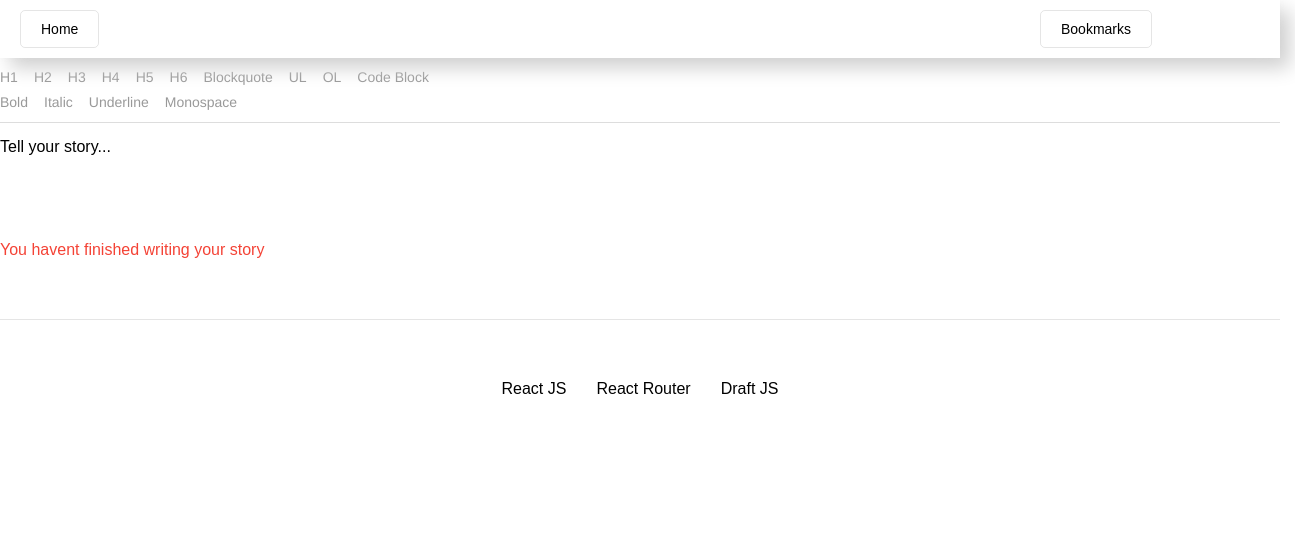
Repository: DevLaukey/task
Page: /react-mini-blog/new
The author's editor kept a copy of each file at every save. The page is drawn from the files as they stood at one save, then again after the next save.
The browser window is 1280 px wide. The page is 1295 px wide, then 1280 px, so the pictures cover 1295 px, including what lies to the right of the window. The pictures show the whole page.
The project was rebuilt for these pictures with package versions that can differ from the ones it lists, and the page was loaded fresh each time. Also part of the build but not shown: src/data.js, src/helper.js, src/Components/content/content.css, src/Components/content/Bookmarks.js, src/Components/content/Post.js, src/Components/content/Posts.js, src/Components/content/Content.js, src/Components/content/Bookmark.js and 1 more.

Above is the page before, as saved 2022-06-13 14:42:09.

### public/index.html
<!DOCTYPE html>
<html lang="en">
  <head>
    <meta charset="utf-8">
    <meta name="viewport" content="width=device-width, initial-scale=1, shrink-to-fit=no">
    <meta name="theme-color" content="#000000">
    <!--
      manifest.json provides metadata used when your web app is added to the
      homescreen on Android. See https://developers.google.com/web/fundamentals/engage-and-retain/web-app-manifest/
    -->
    <link rel="manifest" href="%PUBLIC_URL%/manifest.json">
    <link rel="shortcut icon" href="%PUBLIC_URL%/favicon.ico">
    <!--
      Notice the use of %PUBLIC_URL% in the tags above.
      It will be replaced with the URL of the `public` folder during the build.
      Only files inside the `public` folder can be referenced from the HTML.

      Unlike "/favicon.ico" or "favicon.ico", "%PUBLIC_URL%/favicon.ico" will
      work correctly both with client-side routing and a non-root public URL.
      Learn how to configure a non-root public URL by running `npm run build`.
    -->
    <title>React Mini Blog - By Zonayed Ahmed</title>
  </head>
  <body>
    <noscript>
      You need to enable JavaScript to run this app.
    </noscript>
    <div id="root"></div>
    <!--
      This HTML file is a template.
      If you open it directly in the browser, you will see an empty page.

      You can add webfonts, meta tags, or analytics to this file.
      The build step will place the bundled scripts into the <body> tag.

      To begin the development, run `npm start` or `yarn start`.
      To create a production bundle, use `npm run build` or `yarn build`.
    -->
  </body>
</html>

### src/App.js
import React, { Component } from "react";
import { BrowserRouter as Router, Route } from "react-router-dom";
import "./App.css";
import data from "./data";
import Footer from "./Components/footer/Footer";
import Header from "./Components/header/Header";
import Content from "./Components/content/Content";
import Bookmark from "./Components/content/Bookmark";
import NewStory from "./Components/posts/NewStory";
import SinglePost from "./Components/posts/SinglePost";

export default class App extends Component {
  constructor(props) {
    super(props);
    this.state = {
      posts: data,
    };

    this.handleBookmark = this.handleBookmark.bind(this);
    this.handleRemoveBookmark = this.handleRemoveBookmark.bind(this);
    this.handleSubmission = this.handleSubmission.bind(this);
    this.handleRemove = this.handleRemove.bind(this);
  }

  handleBookmark(data) {
    let posts = this.state.posts;
    posts = posts.map((post) =>
      post === data
        ? { id: post.id, title: post.title, body: post.body, bookmark: true }
        : post
    );
    this.setState({ posts });
  }

  handleRemoveBookmark(data) {
    let posts = this.state.posts;
    posts = posts.map((post) =>
      post === data
        ? { id: post.id, title: post.title, body: post.body, bookmark: false }
        : post
    );
    this.setState({ posts });
  }

  handleSubmission(data) {
    let posts = this.state.posts;
    posts = [data, ...posts];
    this.setState({ posts });
  }

  handleRemove(post, history) {
    let posts = this.state.posts;
    posts = posts.filter((onepost) => onepost !== post);
    this.setState({ posts });
    history.push("/");
    this.handleWindow();
  }

  handleWindow() {
    window.scrollTo(0, 0);
  }

  render() {
    return (
      <Router basename="/react-mini-blog">
        <div className="App">
          <Route path="*" render={(props) => <Header {...props} />} />
          <Route
            exact
            path="/"
            render={() => (
              <Content
                posts={this.state.posts}
                bookmarks={this.state.posts.filter((post) => post.bookmark)}
                handleBookmark={this.handleBookmark}
                handleRemoveBookmark={this.handleRemoveBookmark}
              />
            )}
          />
          <Route
            exact
            path="/new"
            render={() => <NewStory handleSubmission={this.handleSubmission} />}
          />
          <Route
            exact
            path="/bookmark"
            render={() => (
              <Bookmark
                bookmarks={this.state.posts.filter((post) => post.bookmark)}
              />
            )}
          />
          <Route
            exact
            path="/post/:id"
            render={(props) => (
              <SinglePost
                {...props}
                posts={this.state.posts}
                handleBookmark={this.handleBookmark}
                handleRemoveBookmark={this.handleRemoveBookmark}
                handleRemove={this.handleRemove}
                handleWindow={this.handleWindow()}
              />
            )}
          />
          <Footer />
        </div>
      </Router>
    );
  }
}

### src/App.css
* {
  box-sizing: border-box;
  margin: 0;
  padding: 0;
}

.App {
  width: 100vw;
}

.btn {
  background: #fff;
  border: solid 1px rgba(0, 0, 0, 0.1);
  padding: 10px 20px;
  font-size: 14px;
  border-radius: 5px;
  margin: 10px;
}

a.btn {
  text-decoration: none;
  color: #000;
}

.btn:hover {
  cursor: pointer;
  border-color: #000;
}

### src/Components/footer/Footer.js
import React from 'react';
import "./footer.css"
export default () => {
  return (
    <footer>
      <div className="footer">
        <ul>
          <li>React JS</li>
          <li>React Router</li>
          <li>Draft JS</li>
        </ul>
      </div>
    </footer>
  )
}

### src/Components/header/Header.js
import React from "react";
import { Link } from "react-router-dom";
import "./header.css";

export default ({ match: { url } }) => {
  return (
    <header>
      <nav className="navbar">
        <div className="header__newStory">
          {url === "/" ? (
            <Link to="/new" className="btn btn-new">
              New Story
            </Link>
          ) : (
            <Link to="/" className="btn btn-new">
              Home
            </Link>
          )}
        </div>
        <div className="header__bookmarks">
          <Link to="/bookmark" className="btn btn-bookmarks">
            Bookmarks
          </Link>
        </div>
      </nav>
    </header>
  );
};

### src/Components/posts/NewStory.js
import React, { Component } from "react";
import uuidv1 from "uuid/v1";
import { Editor, EditorState, RichUtils, getDefaultKeyBinding } from "draft-js";
import { stateToHTML } from "draft-js-export-html";
import BlockStyleControls from "../RichText/BlockStyleControls";
import InlineStyleControls from "../RichText/InlineStyleControls";
import "./posts.css";
import "../../RichText.css";

export default class NewStory extends Component {
  constructor(props) {
    super(props);
    this.state = {
      editorState: EditorState.createEmpty(),
      title: "",
      body: "",
      done: "no",
    };

    this.focus = () => this.refs.editor.focus();
    this.onChange = this.onChange.bind(this);
    this.handleKeyCommand = this._handleKeyCommand.bind(this);
    this.mapKeyToEditorCommand = this._mapKeyToEditorCommand.bind(this);
    this.toggleBlockType = this._toggleBlockType.bind(this);
    this.toggleInlineStyle = this._toggleInlineStyle.bind(this);
    this.handleSubmit = this.handleSubmit.bind(this);
  }

  onChange(editorState) {
    this.setState({ editorState });
    const contentState = this.state.editorState.getCurrentContent();
    const html = stateToHTML(contentState);
    this.state.title && this.state.body
      ? this.setState({ done: "done" })
      : console.log(
        "DevLaukey"
        );
    this.setState({ body: html });
  }

  _handleKeyCommand(command, editorState) {
    const newState = RichUtils.handleKeyCommand(editorState, command);
    if (newState) {
      this.onChange(newState);
      return true;
    }
    return false;
  }

  _mapKeyToEditorCommand(e) {
    if (e.keyCode === 9 /* TAB */) {
      const newEditorState = RichUtils.onTab(
        e,
        this.state.editorState,
        4 /* maxDepth */
      );
      if (newEditorState !== this.state.editorState) {
        this.onChange(newEditorState);
      }
      return;
    }
    return getDefaultKeyBinding(e);
  }

  _toggleBlockType(blockType) {
    this.onChange(RichUtils.toggleBlockType(this.state.editorState, blockType));
  }

  _toggleInlineStyle(inlineStyle) {
    this.onChange(
      RichUtils.toggleInlineStyle(this.state.editorState, inlineStyle)
    );
  }

  handleSubmit() {
    const { title, body } = this.state;
    if (title && body) {
      let newStory = { id: uuidv1(), title, body, bookmark: false };
      this.props.handleSubmission(newStory);
      this.setState({
        editorState: EditorState.createEmpty(),
        title: "",
        body: "",
        done: "submitted",
      });
    }
  }

  render() {
    const { editorState } = this.state;
    let className = "RichEditor-editor";
    var contentState = editorState.getCurrentContent();
    if (!contentState.hasText()) {
      if (contentState.getBlockMap().first().getType() !== "unstyled") {
        className += " RichEditor-hidePlaceholder";
      }
    }

    const { title, done } = this.state;

    return (
      <div className="richtext-editor">
        <input
          type="text"
          className="input-title"
          value={title}
          onChange={(e) => this.setState({ title: e.target.value })}
          placeholder="Title"
        />
        <BlockStyleControls
          editorState={editorState}
          onToggle={this.toggleBlockType}
        />
        <InlineStyleControls
          editorState={editorState}
          onToggle={this.toggleInlineStyle}
        />
        <div className={className} onClick={this.focus}>
          <Editor
            blockStyleFn={getBlockStyle}
            editorState={editorState}
            handleKeyCommand={this.handleKeyCommand}
            keyBindingFn={this.mapKeyToEditorCommand}
            onChange={this.onChange}
            placeholder="Tell your story..."
            ref="editor"
            spellCheck={true}
          />
        </div>
        {done === "done" ? (
          <button onClick={this.handleSubmit} className="btn btn-submit">
            Submit
          </button>
        ) : done === "submitted" ? (
          <span className="msg-success">Your story has been submitted</span>
        ) : (
          <span className="msg-error">
            You havent finished writing your story
          </span>
        )}
      </div>
    );

    function getBlockStyle(block) {
      switch (block.getType()) {
        case "blockquote":
          return "RichEditor-blockquote";
        default:
          return null;
      }
    }
  }
}

### src/Components/footer/footer.css

footer {
  clear: both;
  padding: 60px 0;
}

.footer ul {
  margin: 0;
  padding: 0;
  padding-top: 60px;
  border-top: solid 1px rgba(0, 0, 0, 0.10);
  text-align: center;
}

.footer ul li {
  list-style: none;
  display: inline-block;
  margin: 0 15px;
}

.footer ul li a {
  background-color: #000;
  color: #fff;
  text-decoration: none;
  padding: 2px 5px;
  border-radius: 4px;
}

### src/Components/header/header.css
header {
  background-color: white;
  position: fixed;
  top: 0;
  width: 100vw;
  box-shadow: 10px 10px 19px #d0d0d0, -10px -10px 19px #f0f0f0;
}
.navbar {
  display: flex;
  justify-content: space-between;
  margin: 20px 10px;
  width: 90vw;
}

### src/Components/RichText/BlockStyleControls.js
import React from 'react';

import StyleButton from './StyleButton';

const BLOCK_TYPES = [
  {label: 'H1', style: 'header-one'},
  {label: 'H2', style: 'header-two'},
  {label: 'H3', style: 'header-three'},
  {label: 'H4', style: 'header-four'},
  {label: 'H5', style: 'header-five'},
  {label: 'H6', style: 'header-six'},
  {label: 'Blockquote', style: 'blockquote'},
  {label: 'UL', style: 'unordered-list-item'},
  {label: 'OL', style: 'ordered-list-item'},
  {label: 'Code Block', style: 'code-block'},
];

export default(props) => {
  const {editorState} = props;
  const selection = editorState.getSelection();
  const blockType = editorState
    .getCurrentContent()
    .getBlockForKey(selection.getStartKey())
    .getType();
  return (
    <div className="RichEditor-controls">
      {BLOCK_TYPES.map((type) =>
        <StyleButton
          key={type.label}
          active={type.style === blockType}
          label={type.label}
          onToggle={props.onToggle}
          style={type.style}
        />
      )}
    </div>
  );
};

### src/Components/RichText/InlineStyleControls.js
import React from 'react';

import StyleButton from './StyleButton';

var INLINE_STYLES = [
  {label: 'Bold', style: 'BOLD'},
  {label: 'Italic', style: 'ITALIC'},
  {label: 'Underline', style: 'UNDERLINE'},
  {label: 'Monospace', style: 'CODE'},
];

export default(props) => {
  const currentStyle = props.editorState.getCurrentInlineStyle();

  return (
    <div className="RichEditor-controls">
      {INLINE_STYLES.map((type) =>
        <StyleButton
          key={type.label}
          active={currentStyle.has(type.style)}
          label={type.label}
          onToggle={props.onToggle}
          style={type.style}
        />
      )}
    </div>
  );
};

### src/Components/posts/posts.css
.single-post {
  width: 90vw;
  margin-left: 5vw;
  margin-top: 10vh;
}

.single-post__body {
  width: 100%;
  display: flex;
  flex-direction: column;
  flex-wrap: wrap;
}
.single-post .header {
  font-size: 32px;
  font-weight: 900;
  margin-bottom: 20px;
}
.single-post__body img {
  height: auto;
  width: 80vw;
}
.single-post h1,
.DraftEditor-editorContainer h1 {
  margin: 0;
  font-size: 32px;
}

.single-post h2,
.DsraftEditor-editorContainer h2 {
  font-size: 30px;
}

.single-post h3,
.DraftEditor-editorContainer h3 {
  font-size: 28px;
}

.single-post h4,
.DraftEditor-editorContainer h4 {
  font-size: 26px;
}

.single-post h5,
.DraftEditor-editorContainer h5 {
  font-size: 22px;
}

.single-post h6,
.DraftEditor-editorContainer h6 {
  font-size: 18px;
}

.single-post ul li,
.single-post ol li,
.DraftEditor-editorContainer ul li,
.DraftEditor-editorContainer ol li {
  padding: 12px 0;
  font-size: 21px;
}

.single-post a,
.DraftEditor-editorContainer a {
  color: #000;
  text-decoration: underline;
}

.single-post p,
.DraftEditor-editorContainer p {
  margin: 0;
  font-size: 15px;
  line-height: 1.7;
}

.single-post p code,
.DraftEditor-editorContainer p code {
  background-color: rgba(0, 0, 0, 0.05);
  padding: 3px 5px;
  font-size: 0.8em;
}

.single-post figure,
.DraftEditor-editorContainer figure {
  margin: 30px auto;
  text-align: center;
}

.single-post blockquote,
.DraftEditor-editorContainer blockquote {
  border-left: 4px solid #000;
  margin: 0;
  padding: 10px 25px;
  font-style: italic;
}

.single-post pre,
.DraftEditor-editorContainer pre {
  background-color: rgba(0, 0, 0, 0.05);
  padding: 20px;
  white-space: pre-wrap;
}

.single-post pre code,
.DraftEditor-editorContainer pre code {
  font-size: 15px;
  color: rgba(0, 0, 0.75);
}

.input-title {
  font-size: 32px;
  width: 100%;
  font-weight: 700;
  border: none;
  box-shadow: none;
  padding: 15px 0;
}

.input-title:focus {
  outline: none;
}

.RichEditor-root {
  background: #fff;
  border: 1px solid #ddd;
  font-family: 'Georgia', serif;
  font-size: 14px;
  padding: 15px;
}

.RichEditor-editor {
  border-top: 1px solid #ddd;
  cursor: text;
  font-size: 16px;
  margin-top: 10px;
}

.RichEditor-editor .public-DraftEditorPlaceholder-root,
.RichEditor-editor .public-DraftEditor-content {
  margin: 0 -15px -15px;
  padding: 15px;
}

.RichEditor-editor .public-DraftEditor-content {
  min-height: 100px;
}

.RichEditor-hidePlaceholder .public-DraftEditorPlaceholder-root {
  display: none;
}

.RichEditor-editor .RichEditor-blockquote {
  border-left: 5px solid #eee;
  color: #666;
  font-family: 'Hoefler Text', 'Georgia', serif;
  font-style: italic;
  margin: 16px 0;
  padding: 10px 20px;
}

.RichEditor-editor .public-DraftStyleDefault-pre {
  background-color: rgba(0, 0, 0, 0.05);
  font-family: 'Inconsolata', 'Menlo', 'Consolas', monospace;
  font-size: 16px;
  padding: 20px;
}

.RichEditor-controls {
  font-family: 'Helvetica', sans-serif;
  font-size: 14px;
  margin-bottom: 5px;
  user-select: none;
}

.RichEditor-styleButton {
  color: #999;
  cursor: pointer;
  margin-right: 16px;
  padding: 2px 0;
  display: inline-block;
}

.RichEditor-activeButton {
  color: #5890ff;
}
.msg-success {
  color: #4caf50;
}

.msg-error {
  color: #f44336;
}

/* MEDIA  QUERY */

@media screen and (min-width: 768px) {
  .single-post__body img {
    width: 500px;
  }
}

### src/RichText.css
.RichEditor-root {
  background: #fff;
  border: 1px solid #ddd;
  font-family: 'Georgia', serif;
  font-size: 14px;
  padding: 15px;
}

.RichEditor-editor {
  border-top: 1px solid #ddd;
  cursor: text;
  font-size: 16px;
  margin-top: 10px;
}

.RichEditor-editor .public-DraftEditorPlaceholder-root,
.RichEditor-editor .public-DraftEditor-content {
  margin: 0 -15px -15px;
  padding: 15px;
}

.RichEditor-editor .public-DraftEditor-content {
  min-height: 100px;
}

.RichEditor-hidePlaceholder .public-DraftEditorPlaceholder-root {
  display: none;
}

.RichEditor-editor .RichEditor-blockquote {
  border-left: 5px solid #eee;
  color: #666;
  font-family: 'Hoefler Text', 'Georgia', serif;
  font-style: italic;
  margin: 16px 0;
  padding: 10px 20px;
}

.RichEditor-editor .public-DraftStyleDefault-pre {
  background-color: rgba(0, 0, 0, 0.05);
  font-family: 'Inconsolata', 'Menlo', 'Consolas', monospace;
  font-size: 16px;
  padding: 20px;
}

.RichEditor-controls {
  font-family: 'Helvetica', sans-serif;
  font-size: 14px;
  margin-bottom: 5px;
  user-select: none;
}

.RichEditor-styleButton {
  color: #999;
  cursor: pointer;
  margin-right: 16px;
  padding: 2px 0;
  display: inline-block;
}

.RichEditor-activeButton {
  color: #5890ff;
}

### src/Components/RichText/StyleButton.js
import React from 'react';

export default class StyleButton extends React.Component {
  constructor() {
    super();
    this.onToggle = (e) => {
      e.preventDefault();
      this.props.onToggle(this.props.style);
    };
  }
  render() {
    let className = 'RichEditor-styleButton';
    if (this.props.active) {
      className += ' RichEditor-activeButton';
    }
    return (
      <span className={className} onMouseDown={this.onToggle}>
        {this.props.label}
      </span>
    );
  }
}

Loaded but not shown: src/index.js (common file); src/index.css (common file); src/registerServiceWorker.js (common file)

After the next save:
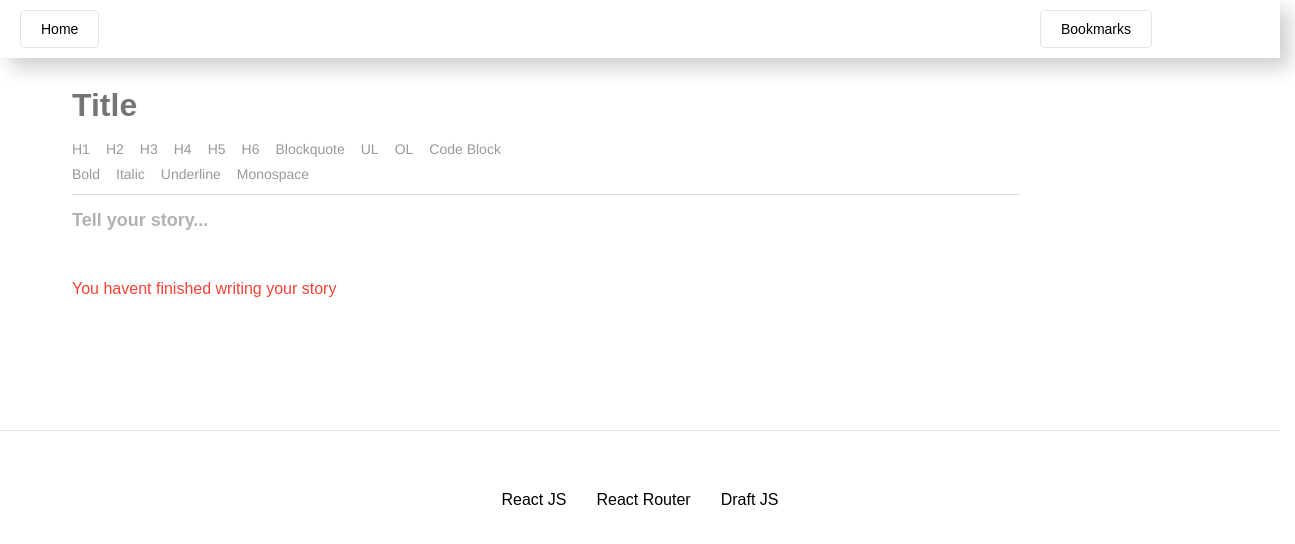
Saved 27 s later.
--- a/src/Components/posts/posts.css
+++ b/src/Components/posts/posts.css
@@ -118,6 +118,10 @@
   outline: none;
 }
 
+.richtext-editor {
+  width: calc(100% / 1.35);
+  margin: 10vh;
+}
 .RichEditor-root {
   background: #fff;
   border: 1px solid #ddd;
@@ -181,6 +185,19 @@
 .RichEditor-activeButton {
   color: #5890ff;
 }
+
+.public-DraftEditorPlaceholder-root {
+  padding: 0;
+  position: absolute;
+  color: rgba(0, 0, 0, 0.3);
+  font-weight: 700;
+  font-size: 18px;
+}
+
+.public-DraftEditorPlaceholder-inner {
+  font-size: 18px;
+}
+
 .msg-success {
   color: #4caf50;
 }
